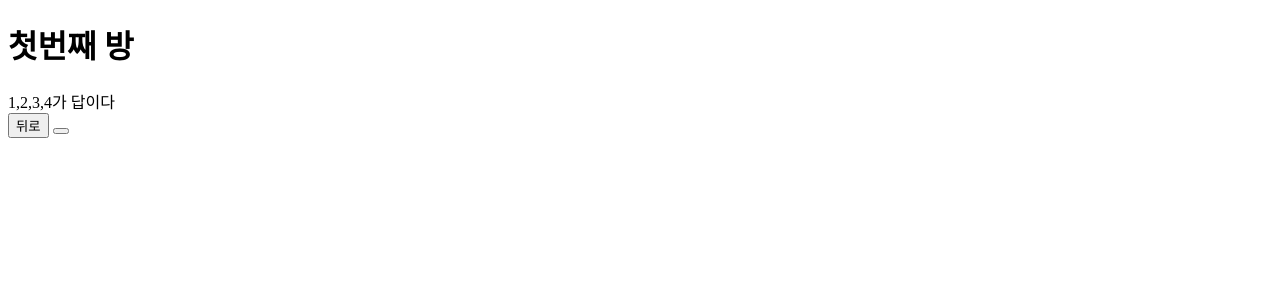
Repository: JungYOsup/Mini_project
Page: http://localhost/EsCape_Room/room_first.jsp
An editor plug-in stored every save of this project. The page is shown before and after the next save, followed by the edit.
The browser window is 1280 px wide. The pictures show the whole page.
The page is served by Tomcat 9.

Above is the page before, as saved 2018-01-16 07:30:55.

After the next save:
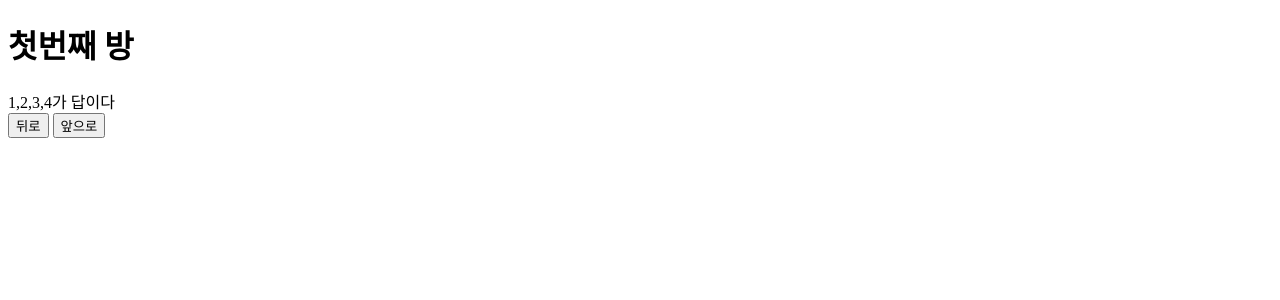
Saved 4 s later.
--- a/EsCape_Room/WebContent/room_first.jsp
+++ b/EsCape_Room/WebContent/room_first.jsp
@@ -26,7 +26,7 @@
 	</div>
 
 	<button type="button" onclick="location.href='login_form.jsp'" >뒤로</button>
-	<button type="button" onclick="location.href='room_second.jsp'" value="앞으로"></button>
+	<button type="button" onclick="location.href='room_second.jsp'">앞으로</button>
 
 </body>
 </html>
